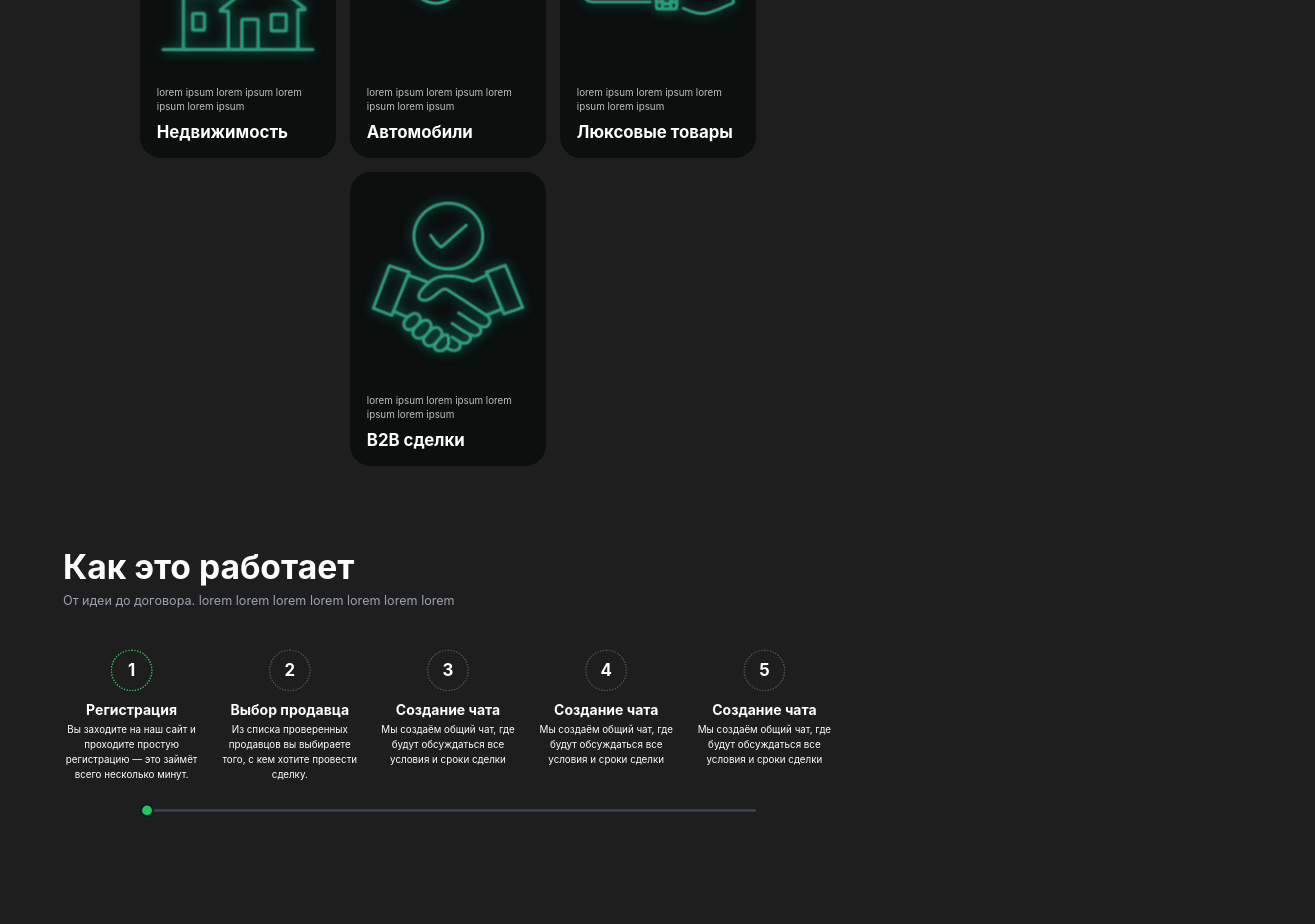
Repository: 1mpuryyyyy/x-port
Page: /x-port/
The author's editor kept a copy of each file at every save. The page is drawn from the files as they stood at one save, then again after the next save.
The browser window is 1280 px wide. The page is 1879 px wide, so the pictures cover 1879 px, including what lies to the right of the window. The pictures show the part of the page from y = 3834 to 5154 px (the page is 5154 px tall), at 70% of full size.
The project was rebuilt for these pictures with package versions that can differ from the ones it lists, and the page was loaded fresh each time. Also part of the build but not shown: vite.config.js.

Above is the page before, as saved 2025-10-09 03:45:02.

After the next save:
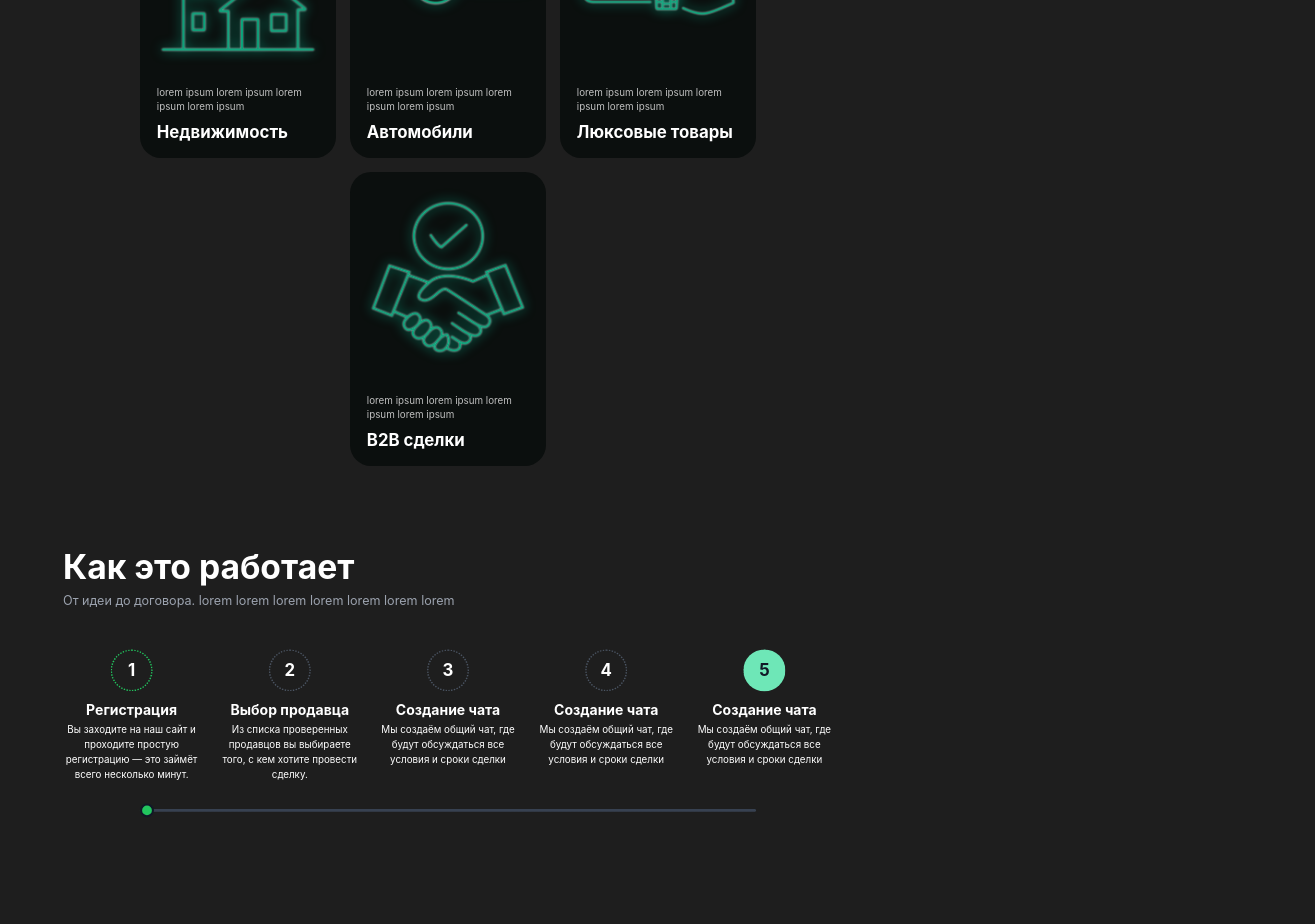
Saved 14 s later.
--- a/src/components/HowItWorks/HowItWorks.jsx
+++ b/src/components/HowItWorks/HowItWorks.jsx
@@ -57,7 +57,7 @@
                     const isActive = index <= activeStepIndex;
                     const isCurrent = index === activeStepIndex;
                     const isFinalStep = index === stepsData.length - 1;
-                    const isCompletedFinal = isFinalStep && sliderValue >= 100;
+                    const isCompletedFinal = isFinalStep;
 
                     // Динамический стиль для круга с номером
                     const circleStyle = isCurrent && !isFinalStep

After the 2 saves that followed:
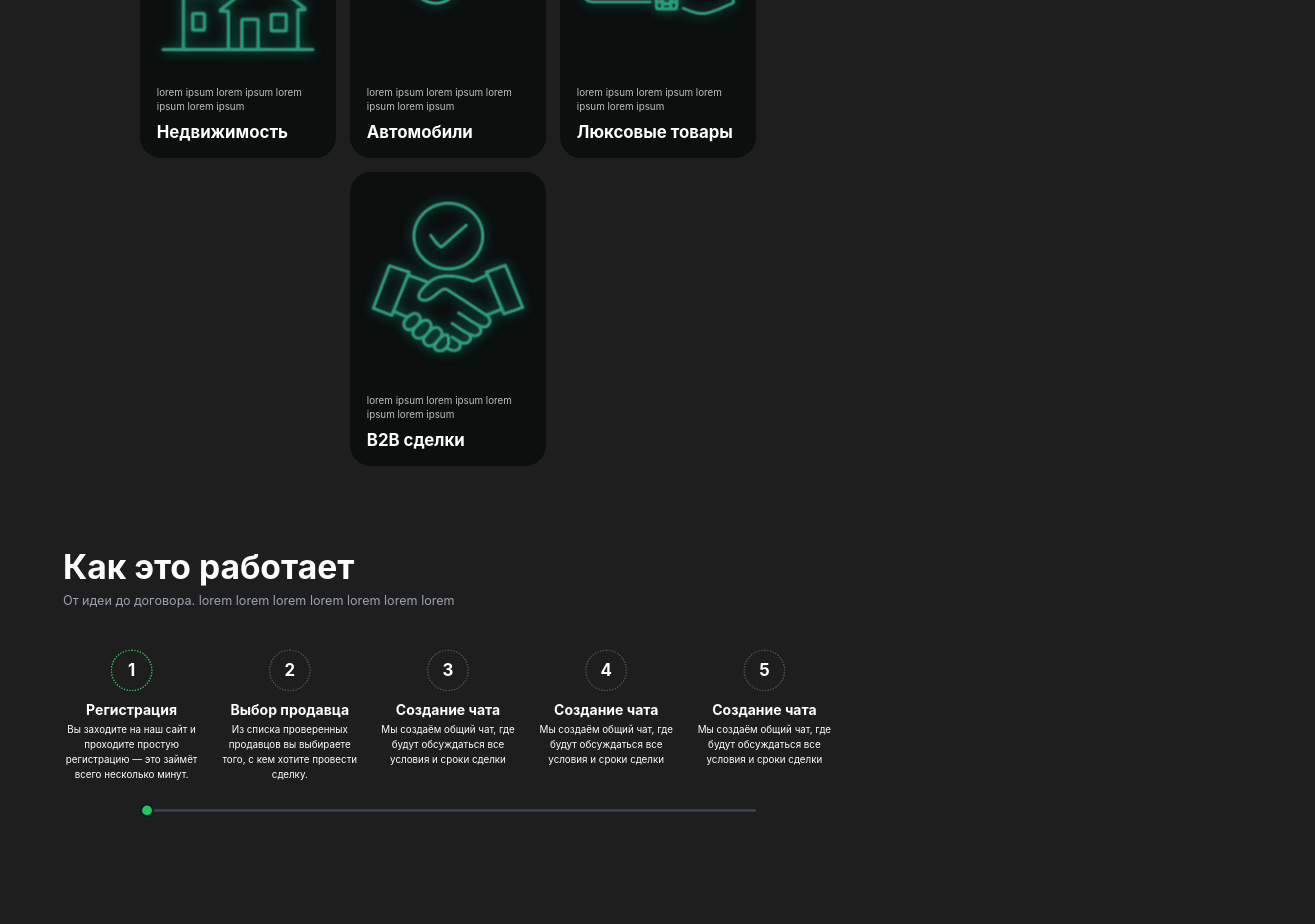
The 2 saves are shown as one change because they came seconds apart.
The last was saved 13 s later.
--- a/src/components/HowItWorks/HowItWorks.jsx
+++ b/src/components/HowItWorks/HowItWorks.jsx
@@ -57,7 +57,7 @@
                     const isActive = index <= activeStepIndex;
                     const isCurrent = index === activeStepIndex;
                     const isFinalStep = index === stepsData.length - 1;
-                    const isCompletedFinal = isFinalStep;
+                    const isCompletedFinal = isFinalStep && sliderValue >= 80;
 
                     // Динамический стиль для круга с номером
                     const circleStyle = isCurrent && !isFinalStep
